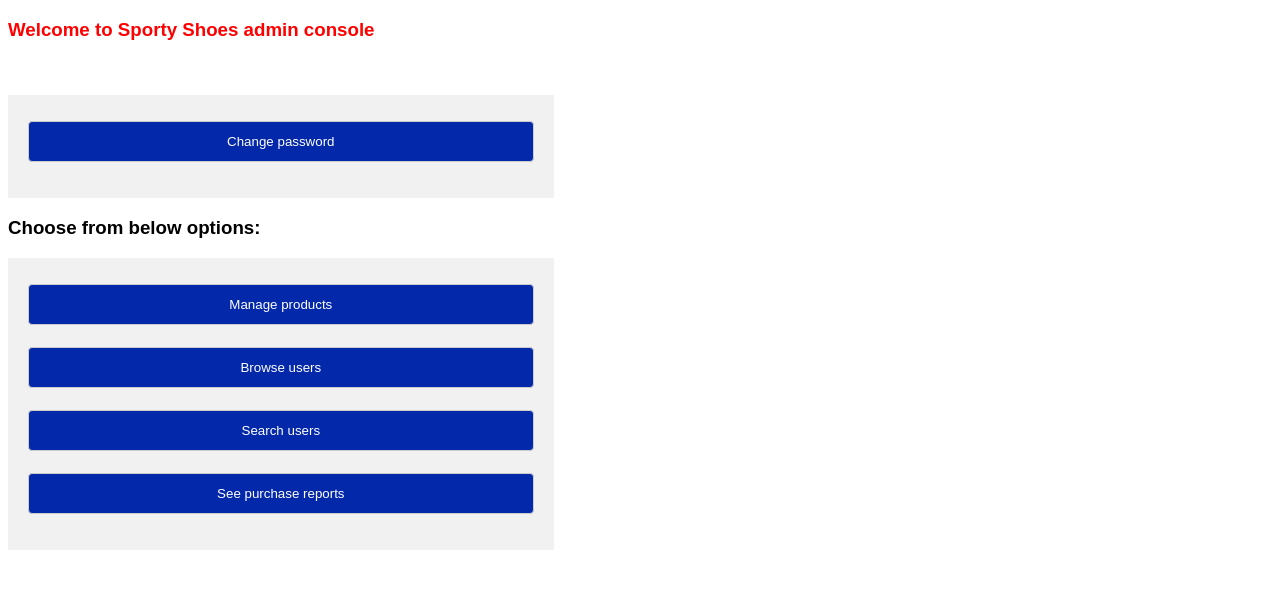
Repository: hope745/SportyShoes
Page: SportyShoes/src/main/resources/static/adminlanding.html
These files come from the project's save history. The page is drawn as it stood at one moment and after the next save; the edit follows.
The browser window is 1280 px wide. The pictures show the whole page.

Above is the page before, as saved 2021-11-17 10:21:56.

After the next save:
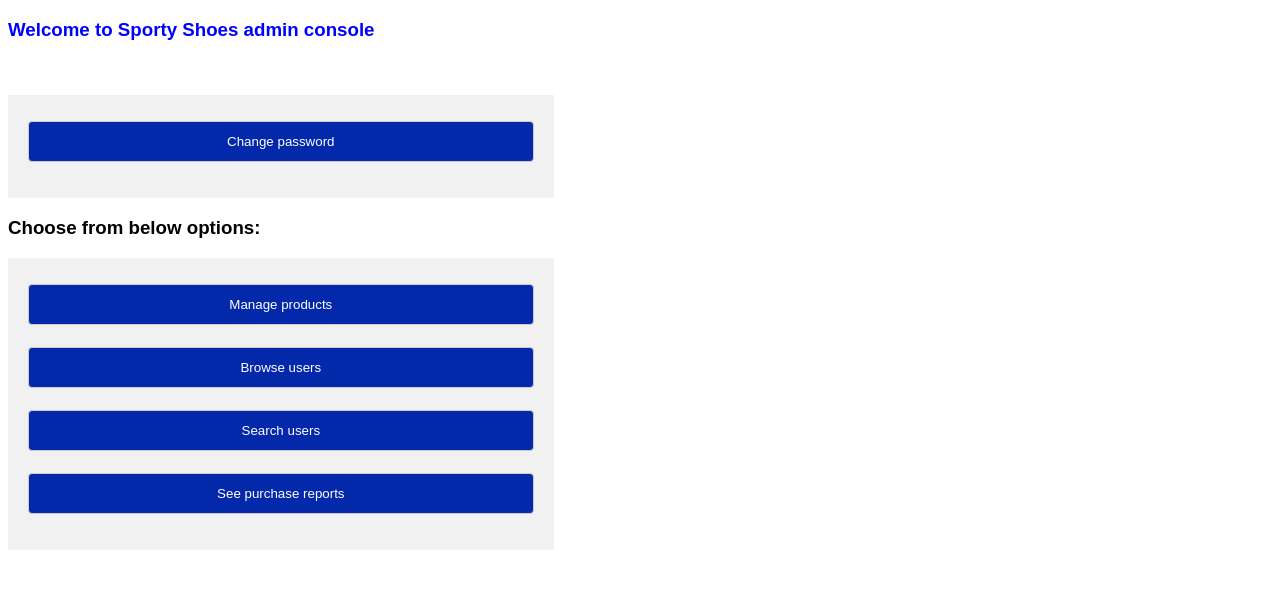
Saved 112 s later.
--- a/SportyShoes/src/main/resources/static/adminlanding.html
+++ b/SportyShoes/src/main/resources/static/adminlanding.html
@@ -53,7 +53,7 @@
 </head>
 <title>Sporty Shoes Admin</title>
 <body>
-	<h3 style="color:red;font-family: Arial, Helvetica, sans-serif;">Welcome to Sporty Shoes admin console</h3><br/>
+	<h3 style="color:blue;font-family: Arial, Helvetica, sans-serif;">Welcome to Sporty Shoes admin console</h3><br/>
 	<br />
 	<div class="container">
 		<form action="">
